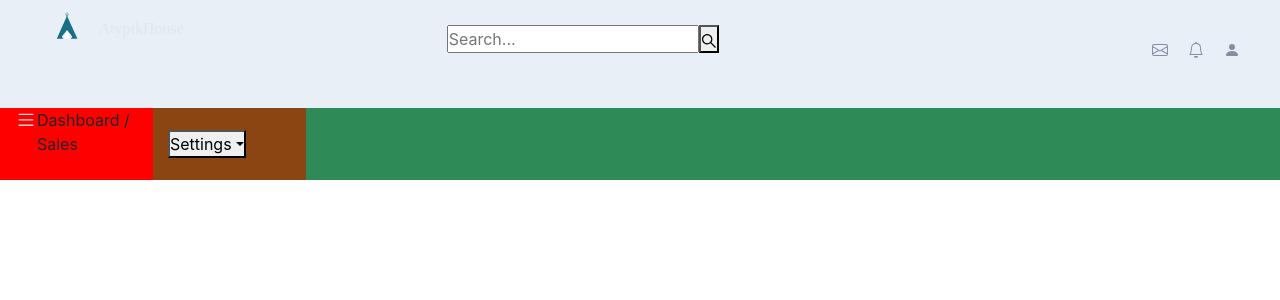
Repository: kifack/API-Symfony-AtypikHouse
Page: / (app in admin-frontend/)
The author's editor kept a copy of each file at every save. The page is drawn from the files as they stood at one save, then again after the next save.
The browser window is 1280 px wide. The pictures show the whole page.
Some web libraries are served in a nearby version. The project was rebuilt for these pictures with package versions that can differ from the ones it lists, and the page was loaded fresh each time. Also part of the build but not shown: admin-frontend/src/css/Responsive.css, admin-frontend/src/css/admin/navbar.css, admin-frontend/src/components/template_parts/Header.js, admin-frontend/src/components/template_parts/Footer.js, admin-frontend/src/components/template_parts/Sidebar.js, admin-frontend/src/components/partials/LocationEntry.js, admin-frontend/src/components/template_parts/Spinner.js, admin-frontend/src/actions/location.js and 26 more.

Above is the page before, as saved 2020-10-01 19:43:49.

### admin-frontend/public/index.html
<!DOCTYPE html>
<html lang="en">
  <head>
    <meta charset="utf-8" />
    <link rel="icon" href="%PUBLIC_URL%/atypikhouse.ico" />
    <meta name="viewport" content="width=device-width, initial-scale=1" />
    <meta name="theme-color" content="#000000" />
    <meta
      name="description"
      content="Web site created using create-react-app"
    />
    <link
      rel="stylesheet"
      href="https://use.fontawesome.com/releases/v5.8.1/css/all.css"
      integrity="sha384-50oBUHEmvpQ+1lW4y57PTFmhCaXp0ML5d60M1M7uH2+nqUivzIebhndOJK28anvf"
      crossorigin="anonymous"
    />
    <!--
      manifest.json provides metadata used when your web app is installed on a
      user's mobile device or desktop. See https://developers.google.com/web/fundamentals/web-app-manifest/
    -->
    <!-- <link rel="manifest" href="%PUBLIC_URL%/manifest.json" /> -->
    <!--
      Notice the use of %PUBLIC_URL% in the tags above.
      It will be replaced with the URL of the `public` folder during the build.
      Only files inside the `public` folder can be referenced from the HTML.

      Unlike "/favicon.ico" or "favicon.ico", "%PUBLIC_URL%/favicon.ico" will
      work correctly both with client-side routing and a non-root public URL.
      Learn how to configure a non-root public URL by running `npm run build`.
    -->
    <script
      src="https://code.jquery.com/jquery-3.5.1.min.js"
      integrity="sha256-9/aliU8dGd2tb6OSsuzixeV4y/faTqgFtohetphbbj0="
      crossorigin="anonymous"
    ></script>
    <script src="https://stackpath.bootstrapcdn.com/bootstrap/4.5.2/js/bootstrap.min.js"></script>
    <script
      src="https://code.jquery.com/jquery-3.5.1.min.js"
      integrity="sha256-9/aliU8dGd2tb6OSsuzixeV4y/faTqgFtohetphbbj0="
      crossorigin="anonymous"
    ></script>

    <script src="https://stackpath.bootstrapcdn.com/bootstrap/4.5.2/js/bootstrap.min.js"></script>
    <title>AtypikHouse</title>
  </head>
  <body>
    <noscript>You need to enable JavaScript to run this app.</noscript>
    <div id="root"></div>
    <!--
      This HTML file is a template.
      If you open it directly in the browser, you will see an empty page.

      You can add webfonts, meta tags, or analytics to this file.
      The build step will place the bundled scripts into the <body> tag.

      To begin the development, run `npm start` or `yarn start`.
      To create a production bundle, use `npm run build` or `yarn build`.
    -->
  </body>
</html>

### admin-frontend/src/index.js
import React from 'react';
import ReactDOM from 'react-dom';
import App from './components/App';
import 'bootstrap/dist/css/bootstrap.min.css';
import { Provider } from 'react-redux';
import configureStore from './store/store';
import HeaderBack from './components/backend/HeaderBack';


const store = configureStore();
ReactDOM.render(
  <React.StrictMode>
    <Provider store={store}>
      <HeaderBack />
    </Provider>

  </React.StrictMode>,
  document.getElementById('root')
);

### admin-frontend/src/store/store.js
import { createStore, applyMiddleware } from "redux";
import { composeWithDevTools } from "redux-devtools-extension";
import thunk from "redux-thunk";
import rootReducer from "../reducers";

const configureStore = () => {
  const initialState = {};

  const middleware = [thunk];

  const store = createStore(
    rootReducer,
    initialState,
    composeWithDevTools(applyMiddleware(...middleware))
  );
  return store;
};

export default configureStore;

### admin-frontend/src/components/backend/HeaderBack.js
import React from "react";
import { Navbar, Nav, Image, Row, Container, Col } from "react-bootstrap";
import { BsBell, BsEnvelope, BsFillPersonFill, BsList } from "react-icons/bs";
import { FaSistrix } from "react-icons/fa";
import logo from './../../media/logonegatif.svg';


class HeaderBack extends React.Component{
    render(){
        return(

            <header>
            <Navbar>

                <div className="blue-sky menuhaut">
                <Container >
                <Row className="align-items-center">
                    <Col>
                        <Nav.Link><Image class="logo"src={logo}/><span class="titlesite">AtypikHouse</span></Nav.Link>
                    </Col>
                    <Col>
                        <form >

                        <input  type="text" placeholder="Search..." aria-label="Search"  />
                        <button type="submit" ><FaSistrix className="icons"/></button>
                        </form>
                    </Col>
                    <Col className="d-flex justify-content-end">
                        <Nav.Link><BsEnvelope className="icon-env"/></Nav.Link>
                        <Nav.Link><BsBell className="icon-bell"/></Nav.Link>
                        <Nav.Link><BsFillPersonFill className="icon-person"/></Nav.Link>
                    </Col>
                </Row >
                </Container>
                </div>

                    <div class="blue-sky sous-header">
                    <Container>
                    <Row className="align-items-center">

                        <Col className="d-flex justify-content-end">
                        <BsList class="icon-list"/>
                        <span className="titlelist"> Dashboard / Sales</span>
                        </Col>

                        <Col>
                        <button className="dropdown-toggle" type="button" id="setting">Settings</button>
                        </Col>


                    </Row>
                    </Container>
                    </div>

            </Navbar>
         </header>


        )
    }

}

export default HeaderBack;

### admin-frontend/src/utils/setAuthToken.js
import api from "./api";

const setAuthToken = (token) => {
  if (token) {
    console.log("setting...");
    api.defaults.headers.common.authorization = "Bearer " + token;
    localStorage.setItem("token", token);
  } else {
    console.log("deleting...");
    delete api.defaults.headers.common["Authorization"];
    localStorage.removeItem("token");
  }
};

export default setAuthToken;

### admin-frontend/src/css/App.css
:root {
  --primaryColor: #1c6e86;
  --secondaryColor :#060818;
  --tierColor: #1e2020;
  --white: #ffffff;
}

* {
  margin: 0;
  padding: 0;
  box-sizing: border-box;
}

@font-face {
  font-family: "title-logo";
  src: url("./../polices/vagnotie.otf");
}
@font-face {
  font-family: "title-block";
  src: url("./../polices/Vogue.ttf");
}
@font-face {
  font-family: "title-secondaire";
  src: url("./../polices/ArcaMajora3-Bold.otf");
}
@font-face {
  font-family : "sans-serifSpe";
  src: url("./../polices/Myriad-Pro_31655.ttf");
}

.blue-sky {
  background-color: var(--secondaryColor);
}
body .blue-Marine {
  background-color: var(--primaryColor);
}

.titleBlock {
  font-family: "title-block";
  padding-top: 30px;
  font-size: 1.3rem;
  color: var(--tiercolor);
}
.titleConte{
  text-align: center;
}
.btnNb{
  padding: 10px 20px;
  text-decoration: none;
  border-radius: 20px;
  font-family: "title-secondaire";
  font-size: 1rem;
}
.secondaryNb {
  color: var(--secondaryColor);
}
.btnNb:hover {
  text-decoration: none;
  color: var(--primaryColor);
  background-color: var(--secondaryColor);
}
.conteneurBtn {
  padding-top: 20px;
}
img {
  width: 100%;
}


/*********************************************************** Header backend ************************************************************************************/













/* ################################# Header ###########################*/
header .navbar{
  padding: 0;
  margin: 0;
  display: block;
}

header .menuhaut{
  height: 15vh;
  padding: 0;
  margin: 0;
}
header .menuhaut .col:first-child{
  width: 30%;
  height: 15vh;

}
header .menuhaut .col:nth-child(2){
  width: 30%;
  height: 8vh;

}
header .menuhaut .col:nth-child(3){
  width: 30%;
  height: 5vh;

}
header .menuhaut .col:nth-child(3) .nav-link{
  padding-left: 10px;
  padding-right: 10px;
  padding-top: 0px;
  padding-bottom: 10px;

}

header .menuhaut .row{
  width: 100%;
  height: 15vh;
  margin: 0;
  padding: 0;

}
header .menuhaut .container{
  max-width: 100% ;
  margin: 0;

}

header .container img {
  width: 12%;
  margin-right: 10px;

}

.titlesite, .logo{

  color: #e0e6ed;
  width: 30px;
  font-family: "title-secondair";
  font-size: 1.0rem;
}

.icon-env, .icon-bell, .icon-person {
  color: #888ea8;
}
.icon-list{
  color: #d9dadc;
  width: 30px;
  height: 25px;
 }

/*######  sous header ######*/

header .sous-header{
 background-color: royalblue;
 height: 40px;
 margin: 0;
 padding: 0;
}

header .sous-header .col:first-child{
  width: 30%;
  height: 10vh;
  background-color: red;

}

header .sous-header .row{
  background-color: saddlebrown;


}
header .sous-header .container{
  max-width: 100% ;
  margin: 0;
  background-color: seagreen;

}





/*

input{
  background-color: #0e1726;
  border: 0px;
  border-radius: 10px;
  height: 40px;
  width: 60%;
}

button{
  background-color: #0e1726;
  border: 0px;
  border-radius: 10px;
  height: 40px;
}


button#setting {
  background-color: #1a1c2d;
  color: #d2d8df;
  font-size: 10px;
  width: 20%;
  border-radius: 12px;

  }

  .titlelist{
    color: #e9e9ea;
   }
*/

### admin-frontend/src/reducers/index.js
import { combineReducers } from "redux";
import auth from "./auth";
import location from "./location";
import user from "./user";
import comment from "./comment";
import destination from "./destination";
import category from "./category";
import thematic from "./thematic";
import field from "./field";

export default combineReducers({
  auth,
  location,
  user,
  comment,
  destination,
  category,
  thematic,
  field,
});

### admin-frontend/src/utils/api.js
import axios from "axios";
import store from "../store/store";
import { LOGOUT } from "../actions/types";

const api = axios.create({
  baseURL: "http://localhost:8000/api/v01",
  // baseURL: "http://api.f2i-dev2-ami-bc-akb-vyk.fr/api/v01",
  headers: {
    "Content-Type": "application/json",
    Accept: "application/json",
  },
});

const { dispatch } = store;

export default api;

### admin-frontend/src/css/sidebar.css
:root {
  --primaryColor: #0090d9;
  --secondaryColor: #e8f1f8;
  --tierColor: #1e2020;
  --white: #ffffff;
}

.sidebar {
  width: 240px;
  min-height: 100vh;
  transition: 0.4s;
  transition-property: width;
  background-color: #fff;

  /* background-image: linear-gradient(180deg, #4e73df 10%, #224abe 100%); */
  /* overflow-y: auto; */
}

.sidebar ul {
  /* color: var(--primaryColor); */
  height: 100%;
  width: 100%;
  list-style: none;
}
.sidebar .menu li {
  line-height: 60px;
  border-bottom: 1px solid #bdb8d7;
  border-bottom: 1px solid rgba(0, 0, 0, 0.05);
  border-top: 1px solid rgba(255, 255, 255, 0.05);
}
.sidebar .menu li:last-child {
  border-bottom: 1px solid rgba(255, 255, 255, 0.05);
}
.sidebar .menu li a {
  position: relative;
  text-decoration: none;
  color: #6c757d;
  font-size: 16px;
  padding-left: 20px;
  font-weight: 500;
  display: block;
  width: 100%;
  border-left: 3px solid transparent;
}
.sidebar .menu li a > i {
  color: var(--primaryColor);
  padding-right: 8px;
}
.sidebar .menu li.active a {
  color: #fff;
  background: #4e73df;
  /* border-left-color: #000; */
}
.sidebar .menu li a:hover {
  /* background-color: #4e73df; */
  opacity: 0.9;
  color: var(--primaryColor);
}
.sidebar .menu ul {
  position: static;
  display: none;
  background-color: #fff;
}

.sidebar .menu ul li {
  line-height: 50px;
  border-top: none;
  color: var(--primaryColor);
}

.sidebar ul li a .item {
  /* margin-left: 15px; */
  transition: 0.4s;
  transition-property: display;
}
.sidebar .menu ul li a {
  font-size: 15px;
  color: #6c757d;
  padding-left: 50px;
}
.sidebar .menu li.active ul li a {
  color: #e6e6e6;
  background: #1b1b1b;
  border-left-color: transparent;
}
.sidebar .menu ul li a:hover {
  border-left-color: var(--primaryColor);
  border-left-width: 5px;
}
.sidebar li a .caret-menu {
  position: absolute;
  top: 50%;
  right: 20px;
  transform: translateY(-50%);
  font-size: 18px;
  transition: transform 0.7s;
}
.sidebar li a span.rotate {
  transform: translateY(-50%) rotate(-180deg);
}

.wrapper.collapse-sidebar .sidebar {
  width: 70px;
}

.wrapper.collapse-sidebar .main_content {
  width: calc(100% - 70px);
}

.wrapper.collapse-sidebar .sidebar .item,
.submenu,
.wrapper.collapse-sidebar .sidebar .submenu li {
  display: none;
}

### admin-frontend/src/css/card.css
/* Navigation tabs */
:root {
  --primaryColor: #0090d9;
  --secondaryColor: #e8eff7;
  --tierColor: #1e2020;
  --white: #ffffff;
}
.tabs {
  /* width: 730px; */
  height: 100vh;
  overflow: hidden;
  border-radius: 5px;
  box-shadow: 5px 10px 5px #ccc;
  border: 1px solid #eee;
  margin-right: 10px;
}
.tabs .tab-header {
  /* height: 40px; */
  display: flex;
  align-items: center;
  width: 100%;
  padding: 15px;
  /* border: 1px solid #eee; */
}

.tabs .tab-header > div {
  width: calc(100% / 2);
  text-align: center;
  color: #888;
  font-weight: 600;
  cursor: pointer;
  font-size: 14px;
  text-transform: uppercase;
  outline: none;
}
/* .tabs .tab-header > div > i {
  display: block;
  margin-bottom: 5px;
} */
.tabs .tab-header > div.active {
  color: var(--primaryColor);
}
.tabs .tab-indicator {
  position: relative;
  width: calc(100% / 2);
  height: 5px;
  background: var(--primaryColor);
  left: 0px;
  border-radius: 5px;
  transition: all 500ms ease-in-out;
}
.tabs .tab-body {
  position: relative;
  height: calc(100% - 60px);
  padding: 10px 5px;
}
.tabs .tab-body > div {
  padding: 20px;
  position: absolute;
  width: 100%;
  top: -200%;
  opacity: 0;
  transform: scale(0.9);
  transition: opacity 500ms ease-in-out 0ms, transform 500ms ease-in-out 0ms;
}
.tabs .tab-body > div.active {
  top: 0px;
  opacity: 1;
  transform: scale(1);
}

/* Display location  */
.img-container {
  position: relative;
}
/* Next & previous buttons */
.prev,
.next {
  cursor: pointer;
  position: absolute;
  text-decoration: none !important;
  top: 50%;
  width: auto;
  margin-top: -22px;
  padding: 16px;
  color: white !important;
  font-weight: bold;
  font-size: 18px;
  transition: 0.6s ease;
  border-radius: 0 3px 3px 0;
  user-select: none;
}

/* Position the "next button" to the right */
.next {
  right: 0;
  border-radius: 3px 0 0 3px;
}
.prev {
  left: 0;
}

/* On hover, add a black background color with a little bit see-through */
.prev:hover,
.next:hover {
  background-color: rgba(0, 0, 0, 0.8);
}
/* Fading animation */
.custom-fade {
  -webkit-animation-name: fade;
  -webkit-animation-duration: 1.5s;
  animation-name: fade;
  animation-duration: 1.5s;
}

@-webkit-keyframes fade {
  from {
    opacity: 0.4;
  }
  to {
    opacity: 1;
  }
}

@keyframes fade {
  from {
    opacity: 0.4;
  }
  to {
    opacity: 1;
  }
}

### admin-frontend/src/reducers/auth.js
import {
  LOAD_USER_REQUEST,
  USER_LOADED,
  AUTH_ERROR,
  LOGIN_REQUEST,
  LOGIN_SUCCESS,
  LOGIN_FAIL,
  LOGOUT,
} from "../actions/types";
import setAuthToken from "../utils/setAuthToken";

const initialState = {
  token: localStorage.getItem("token"),
  isAuthenticated: false,
  loading: false,
  user: null,
  isLogining: false,
  error: null,
};

export default function (state = initialState, action) {
  const { type, payload } = action;

  switch (type) {
    case LOAD_USER_REQUEST:
      return {
        ...state,
        loading: true,
      };
    case USER_LOADED:
      if (payload.roles.indexOf("ROLE_ADMIN") >= 0) {
        return {
          ...state,
          isAuthenticated: true,
          loading: false,
          user: payload,
        };
      } else {
        return {
          ...state,
          isAuthenticated: false,
          loading: false,
          error: "Vous n'avez pas des droits d'accés",
        };
      }
    case LOGIN_REQUEST:
      return {
        ...state,
        isLogining: true,
      };
    case LOGIN_SUCCESS:
      if (payload.user.roles.indexOf("ROLE_ADMIN") >= 0) {
        localStorage.setItem("token", payload.token);
        setAuthToken(payload.token);
        return {
          ...state,
          isAuthenticated: true,
          isLogining: false,
          user: payload.user,
        };
      } else {
        return {
          ...state,
          isAuthenticated: false,
          isLogining: false,
          error: "Vous n'avez pas des droits d'accéss",
        };
      }

    case AUTH_ERROR:
    case LOGOUT:
      console.log("logout");
      localStorage.removeItem("token");
      return {
        ...state,
        token: null,
        isAuthenticated: false,
        loading: false,
        user: null,
        error: payload,
      };

    case LOGIN_FAIL:
      return {
        ...state,
        isLogining: false,
        error: payload.message,
      };

    default:
      return state;
  }
}

### admin-frontend/src/reducers/location.js
import {
  LOAD_LOCATIONS,
  LOAD_LOCATIONS_SUCCESS,
  LOAD_LOCATIONS_ERROR,
  VALIDATE_LOCATION,
  VALIDATE_LOCATION_ERROR,
  DEACTIVATE_LOCATION,
  DEACTIVATE_LOCATION_ERROR,
  LOAD_LOCATION,
  LOAD_LOCATION_SUCCESS,
  LOAD_LOCATION_ERROR,
} from "../actions/types";

const initialState = {
  locations: [],
  location: null,
  loading: false,
  loadingLocation: true,
};

export default function (state = initialState, action) {
  const { type, payload } = action;
  let index, locations;

  switch (type) {
    case LOAD_LOCATIONS:
      return {
        ...state,
        loading: true,
      };
    case LOAD_LOCATIONS_SUCCESS:
      return {
        ...state,
        locations: payload,
        loading: false,
      };

    case LOAD_LOCATION:
      return {
        ...state,
        loadingLocation: true,
        location: null,
      };
    case LOAD_LOCATION_SUCCESS:
      return {
        ...state,
        location: payload,
        loadingLocation: false,
      };
    case VALIDATE_LOCATION:
      index = state.locations.findIndex((item) => item.id === payload);
      locations = state.locations;
      locations[index].status = 1;

      return {
        ...state,
        locations: [...locations],
        loading: false,
      };
    case DEACTIVATE_LOCATION:
      index = state.locations.findIndex((item) => item.id === payload);
      locations = state.locations;
      locations[index].status = 2;

      return {
        ...state,
        locations: [...locations],
        loading: false,
      };

    default:
      return state;
  }
}

### admin-frontend/src/reducers/user.js
import {
  LOAD_USERS,
  LOAD_USERS_ERROR,
  LOAD_USERS_SUCCESS,
  LOAD_USER,
  LOAD_USER_SUCCESS,
  LOAD_USER_ERROR,
  TOGGLE_SIDEBAR,
  ACTIVATE_USER,
  ACTIVATE_USER_ERROR,
  DEACTIVATE_USER,
  DEACTIVATE_USER_ERROR,
} from "../actions/types";

const initialState = {
  users: [],
  user: null,
  loading: false,
  loadingUser: true,
  showSidebar: true,
};

export default function (state = initialState, action) {
  const { type, payload } = action;
  let index, users;

  switch (type) {
    case LOAD_USERS:
      return {
        ...state,
        loading: true,
      };
    case LOAD_USERS_SUCCESS:
      return {
        ...state,
        users: payload,
        loading: false,
      };

    case LOAD_USER:
      return {
        ...state,
        user: null,
        loadingUser: true,
      };
    case LOAD_USER_SUCCESS:
      return {
        ...state,
        user: payload,
        loadingUser: false,
      };
    case ACTIVATE_USER:
      index = state.users.findIndex((item) => item.id === payload);
      users = state.users;
      users[index].status = 1;

      return {
        ...state,
        users: [...users],
        loading: false,
      };
    case DEACTIVATE_USER:
      index = state.users.findIndex((item) => item.id === payload);
      users = state.users;
      users[index].status = 0;

      return {
        ...state,
        users: [...users],
        loading: false,
      };

    case TOGGLE_SIDEBAR:
      return {
        ...state,
        showSidebar: !state.showSidebar,
      };

    default:
      return state;
  }
}

### admin-frontend/src/reducers/comment.js
import {
  LOAD_COMMENTS,
  LOAD_COMMENTS_SUCCESS,
  LOAD_COMMENTS_ERROR,
  DELETE_COMMENT,
  DELETE_COMMENT_ERROR,
} from "../actions/types";

const initialState = {
  comments: [],
  loading: false,
};

export default function (state = initialState, action) {
  const { type, payload } = action;

  switch (type) {
    case LOAD_COMMENTS:
      return {
        ...state,
        loading: true,
      };

    case LOAD_COMMENTS_SUCCESS:
      return {
        ...state,
        comments: payload,
        loading: false,
      };
    case DELETE_COMMENT:
      let filteredComments = state.comments.filter(
        (item) => item.id !== payload
      );
      return {
        ...state,
        comments: [...filteredComments],
        loading: false,
      };

    default:
      return state;
  }
}

### admin-frontend/src/reducers/destination.js
import {
  LOAD_DESTINATIONS,
  LOAD_DESTINATIONS_SUCCESS,
  LOAD_DESTINATIONS_ERROR,
  ADD_DESTINATION,
  ADD_DESTINATION_ERROR,
} from "../actions/types";

const initialState = {
  destinations: [],
  loading: false,
};

export default function (state = initialState, action) {
  const { type, payload } = action;

  switch (type) {
    case ADD_DESTINATION:
      return {
        ...state,
        destinations: [...state.destinations, payload],
        loading: false,
      };
    case LOAD_DESTINATIONS:
      return {
        ...state,
        loading: true,
      };
    case LOAD_DESTINATIONS_SUCCESS:
      return {
        ...state,
        destinations: payload,
        loading: false,
      };

    default:
      return state;
  }
}

### admin-frontend/src/reducers/category.js
import {
  LOAD_CATEGORIES,
  LOAD_CATEGORIES_SUCCESS,
  LOAD_CATEGORIES_ERROR,
  ADD_CATEGORY,
  ADD_CATEGORY_ERROR,
} from "../actions/types";

const initialState = {
  categories: [],
  loading: false,
};

export default function (state = initialState, action) {
  const { type, payload } = action;

  switch (type) {
    case LOAD_CATEGORIES:
      return {
        ...state,
        loading: true,
      };
    case LOAD_CATEGORIES_SUCCESS:
      return {
        ...state,
        categories: [...payload],
        loading: false,
      };
    case ADD_CATEGORY:
      return {
        ...state,
        categories: [...state.categories, payload],
        loading: false,
      };

    default:
      return state;
  }
}

### admin-frontend/src/reducers/thematic.js
import {
  LOAD_THEMATICS,
  LOAD_THEMATICS_SUCCESS,
  LOAD_THEMATICS_ERROR,
  ADD_THEMATIC,
  ADD_THEMATIC_ERROR,
} from "../actions/types";

const initialState = {
  thematics: [],
  loading: false,
};

export default function (state = initialState, action) {
  const { type, payload } = action;

  switch (type) {
    case ADD_THEMATIC:
      return {
        ...state,
        thematics: [...state.thematics, payload],
        loading: false,
      };

    case LOAD_THEMATICS:
      return {
        ...state,
        loading: true,
      };

    case LOAD_THEMATICS_SUCCESS:
      return {
        ...state,
        thematics: payload,
        loading: false,
      };

    default:
      return state;
  }
}

### admin-frontend/src/reducers/field.js
import {
  LOAD_FIELDS,
  LOAD_FIELDS_ERROR,
  ADD_FIELD,
  ADD_FIELD_ERROR,
} from "../actions/types";

const initialState = {
  fields: [],
  loading: true,
};

export default function (state = initialState, action) {
  const { type, payload } = action;

  switch (type) {
    case LOAD_FIELDS:
      return {
        ...state,
        fields: [...payload],
        loading: false,
      };
    case ADD_FIELD:
      return {
        ...state,
        fields: [...state.fields, payload],
        loading: false,
      };

    default:
      return state;
  }
}

### admin-frontend/src/css/spinner.css
/* https://projects.lukehaas.me/css-loaders/ */
:root {
  --primaryColor: #0090d9;
  --secondaryColor: #e8eff7;
  --tierColor: #1e2020;
  --white: #ffffff;
}

.spinner {
  width: 100%;
  height: 100%;
  display: flex;
  align-items: center;
  justify-content: center;
  /* background-color: rgb(0, 0, 0); */
  /* background-color: #eee; */
}

.loader {
  color: var(--primaryColor);
  font-size: 20px;
  margin: 100px auto;
  width: 1em;
  height: 1em;
  border-radius: 50%;
  position: relative;
  text-indent: -9999em;
  -webkit-animation: load4 1.3s infinite linear;
  animation: load4 1.3s infinite linear;
  -webkit-transform: translateZ(0);
  -ms-transform: translateZ(0);
  transform: translateZ(0);
}
@-webkit-keyframes load4 {
  0%,
  100% {
    box-shadow: 0 -3em 0 0.2em, 2em -2em 0 0em, 3em 0 0 -1em, 2em 2em 0 -1em,
      0 3em 0 -1em, -2em 2em 0 -1em, -3em 0 0 -1em, -2em -2em 0 0;
  }
  12.5% {
    box-shadow: 0 -3em 0 0, 2em -2em 0 0.2em, 3em 0 0 0, 2em 2em 0 -1em,
      0 3em 0 -1em, -2em 2em 0 -1em, -3em 0 0 -1em, -2em -2em 0 -1em;
  }
  25% {
    box-shadow: 0 -3em 0 -0.5em, 2em -2em 0 0, 3em 0 0 0.2em, 2em 2em 0 0,
      0 3em 0 -1em, -2em 2em 0 -1em, -3em 0 0 -1em, -2em -2em 0 -1em;
  }
  37.5% {
    box-shadow: 0 -3em 0 -1em, 2em -2em 0 -1em, 3em 0em 0 0, 2em 2em 0 0.2em,
      0 3em 0 0em, -2em 2em 0 -1em, -3em 0em 0 -1em, -2em -2em 0 -1em;
  }
  50% {
    box-shadow: 0 -3em 0 -1em, 2em -2em 0 -1em, 3em 0 0 -1em, 2em 2em 0 0em,
      0 3em 0 0.2em, -2em 2em 0 0, -3em 0em 0 -1em, -2em -2em 0 -1em;
  }
  62.5% {
    box-shadow: 0 -3em 0 -1em, 2em -2em 0 -1em, 3em 0 0 -1em, 2em 2em 0 -1em,
      0 3em 0 0, -2em 2em 0 0.2em, -3em 0 0 0, -2em -2em 0 -1em;
  }
  75% {
    box-shadow: 0em -3em 0 -1em, 2em -2em 0 -1em, 3em 0em 0 -1em, 2em 2em 0 -1em,
      0 3em 0 -1em, -2em 2em 0 0, -3em 0em 0 0.2em, -2em -2em 0 0;
  }
  87.5% {
    box-shadow: 0em -3em 0 0, 2em -2em 0 -1em, 3em 0 0 -1em, 2em 2em 0 -1em,
      0 3em 0 -1em, -2em 2em 0 0, -3em 0em 0 0, -2em -2em 0 0.2em;
  }
}
@keyframes load4 {
  0%,
  100% {
    box-shadow: 0 -3em 0 0.2em, 2em -2em 0 0em, 3em 0 0 -1em, 2em 2em 0 -1em,
      0 3em 0 -1em, -2em 2em 0 -1em, -3em 0 0 -1em, -2em -2em 0 0;
  }
  12.5% {
    box-shadow: 0 -3em 0 0, 2em -2em 0 0.2em, 3em 0 0 0, 2em 2em 0 -1em,
      0 3em 0 -1em, -2em 2em 0 -1em, -3em 0 0 -1em, -2em -2em 0 -1em;
  }
  25% {
    box-shadow: 0 -3em 0 -0.5em, 2em -2em 0 0, 3em 0 0 0.2em, 2em 2em 0 0,
      0 3em 0 -1em, -2em 2em 0 -1em, -3em 0 0 -1em, -2em -2em 0 -1em;
  }
  37.5% {
    box-shadow: 0 -3em 0 -1em, 2em -2em 0 -1em, 3em 0em 0 0, 2em 2em 0 0.2em,
      0 3em 0 0em, -2em 2em 0 -1em, -3em 0em 0 -1em, -2em -2em 0 -1em;
  }
  50% {
    box-shadow: 0 -3em 0 -1em, 2em -2em 0 -1em, 3em 0 0 -1em, 2em 2em 0 0em,
      0 3em 0 0.2em, -2em 2em 0 0, -3em 0em 0 -1em, -2em -2em 0 -1em;
  }
  62.5% {
    box-shadow: 0 -3em 0 -1em, 2em -2em 0 -1em, 3em 0 0 -1em, 2em 2em 0 -1em,
      0 3em 0 0, -2em 2em 0 0.2em, -3em 0 0 0, -2em -2em 0 -1em;
  }
  75% {
    box-shadow: 0em -3em 0 -1em, 2em -2em 0 -1em, 3em 0em 0 -1em, 2em 2em 0 -1em,
      0 3em 0 -1em, -2em 2em 0 0, -3em 0em 0 0.2em, -2em -2em 0 0;
  }
  87.5% {
    box-shadow: 0em -3em 0 0, 2em -2em 0 -1em, 3em 0 0 -1em, 2em 2em 0 -1em,
      0 3em 0 -1em, -2em 2em 0 0, -3em 0em 0 0, -2em -2em 0 0.2em;
  }
}

Loaded but not shown: admin-frontend/src/actions/types.js (79 lines, source omitted)

After the next save:
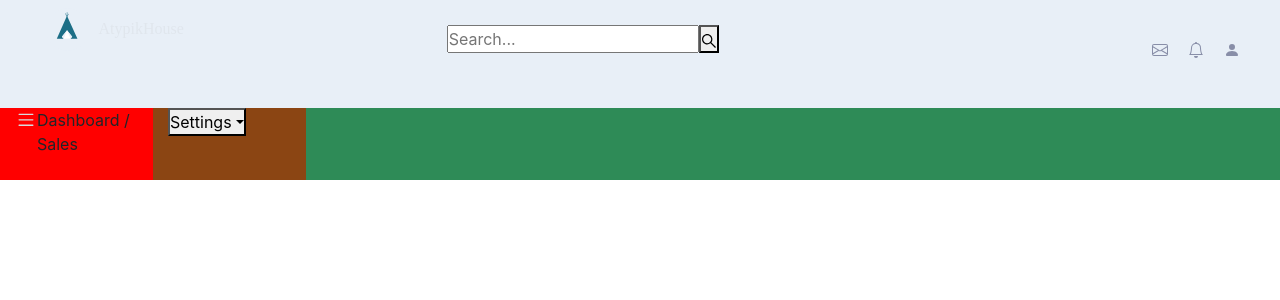
Saved 58 s later.
--- a/admin-frontend/src/css/App.css
+++ b/admin-frontend/src/css/App.css
@@ -167,6 +167,13 @@ header .sous-header .col:first-child{
   background-color: red;
 
 }
+header .sous-header .col:nth-child(2){
+  width: 30%;
+  height: 10vh;
+
+}
+
+
 
 header .sous-header .row{
   background-color: saddlebrown;
